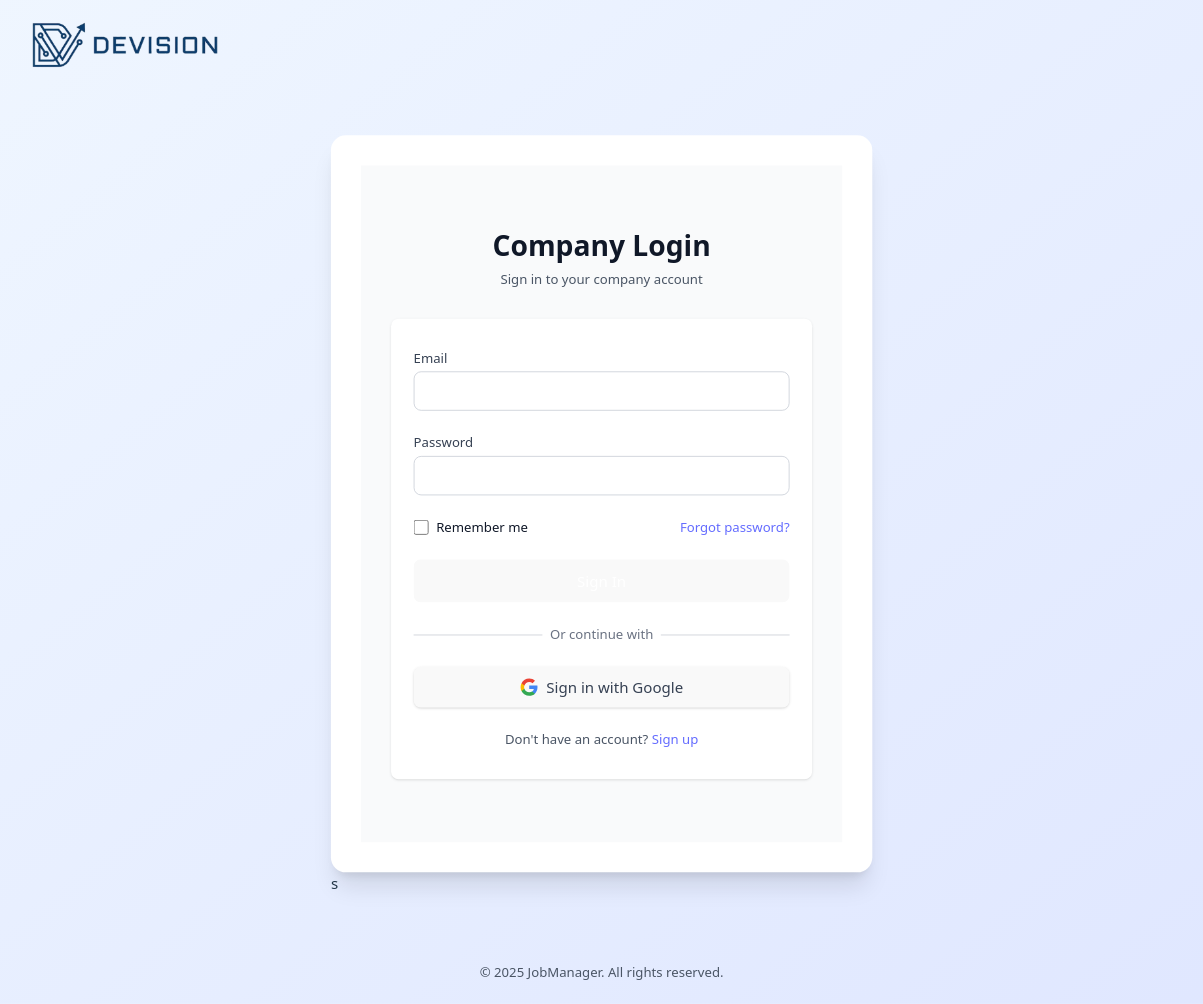
Repository: ISYS3461-2025C-Mulan-DEVision/JobManager_FE
Page: /login
These files come from the project's save history. The page is drawn as it stood at one moment and after the next save; the edit follows.
The browser window is 1280 px wide. The pictures show the whole page, at 94% of full size.
The project was rebuilt for these pictures with package versions that can differ from the ones it lists, and the page was loaded fresh each time. Also part of the build but not shown: vite.config.js, src/pages/Home.tsx, src/components/headless/Table/Table.tsx, src/components/headless/Modal/Modal.tsx, src/components/ui/Card/Card.tsx, src/components/ui/Spinner/Spinner.tsx, src/components/ui/Alert/Alert.tsx.

Above is the page before, as saved 2025-12-12 11:51:30.

After the next save:
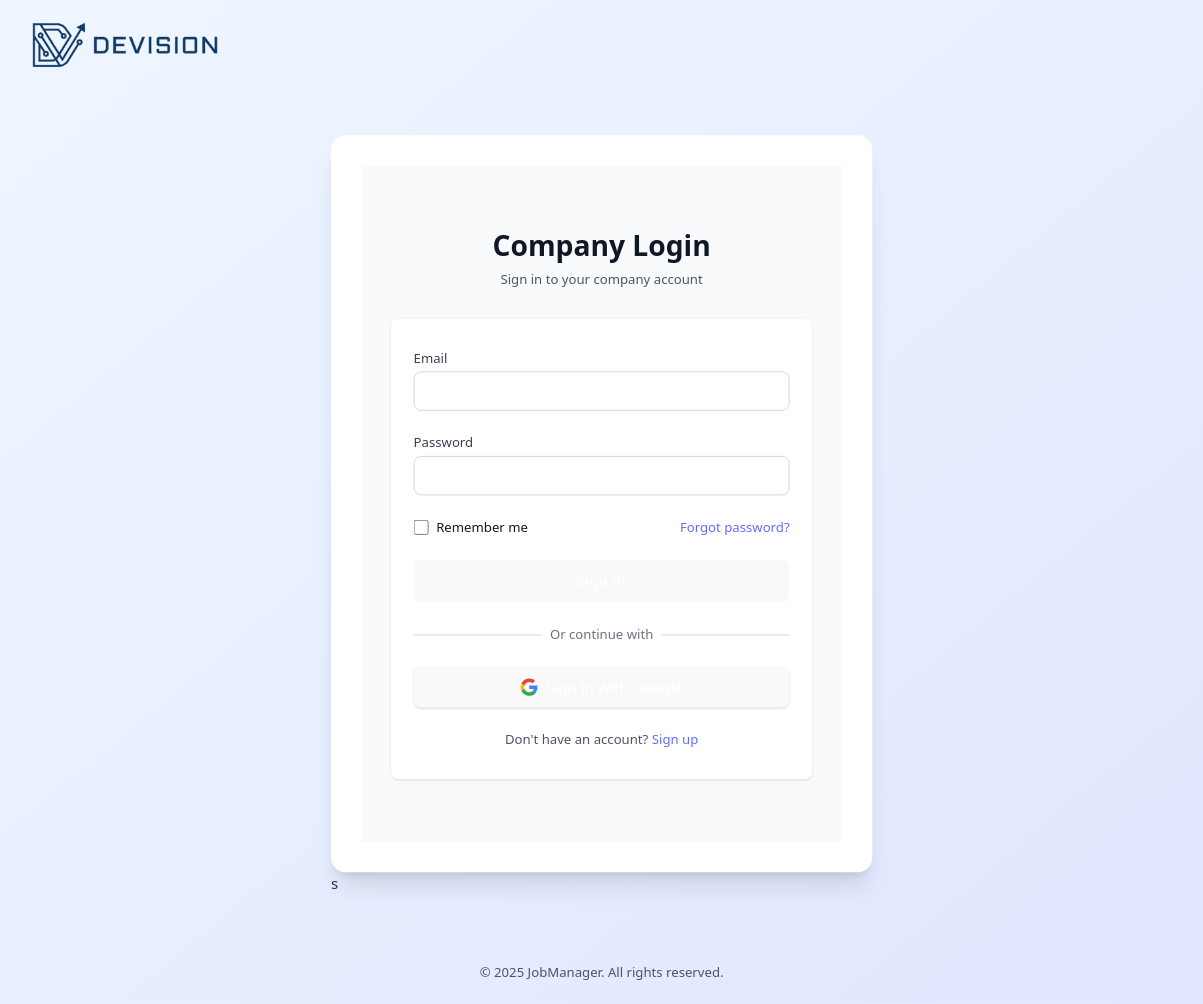
Saved 18 s later.
--- a/src/components/feature/Authentication/CompanyLogin/CompanyLoginForm.tsx
+++ b/src/components/feature/Authentication/CompanyLogin/CompanyLoginForm.tsx
@@ -128,7 +128,7 @@
                                 // TODO: Implement Google OAuth flow
                                 window.location.href = `${import.meta.env.VITE_API_URL || ''}/auth/google`;
                             }}
-                            className="w-full inline-flex justify-center items-center px-4 py-2 border border-gray-300 shadow-sm text-sm font-medium rounded-md text-gray-700 bg-white hover:bg-gray-50 focus:outline-none focus:ring-2 focus:ring-offset-2 focus:ring-blue-500 transition-colors"
+                            className="w-full inline-flex justify-center items-center px-4 py-2 border border-gray-300 shadow-sm text-sm font-medium rounded-md text-white bg-white hover:bg-gray-50 focus:outline-none focus:ring-2 focus:ring-offset-2 focus:ring-blue-500 transition-colors"
                         >
                             <svg
                                 className="w-5 h-5 mr-2"
